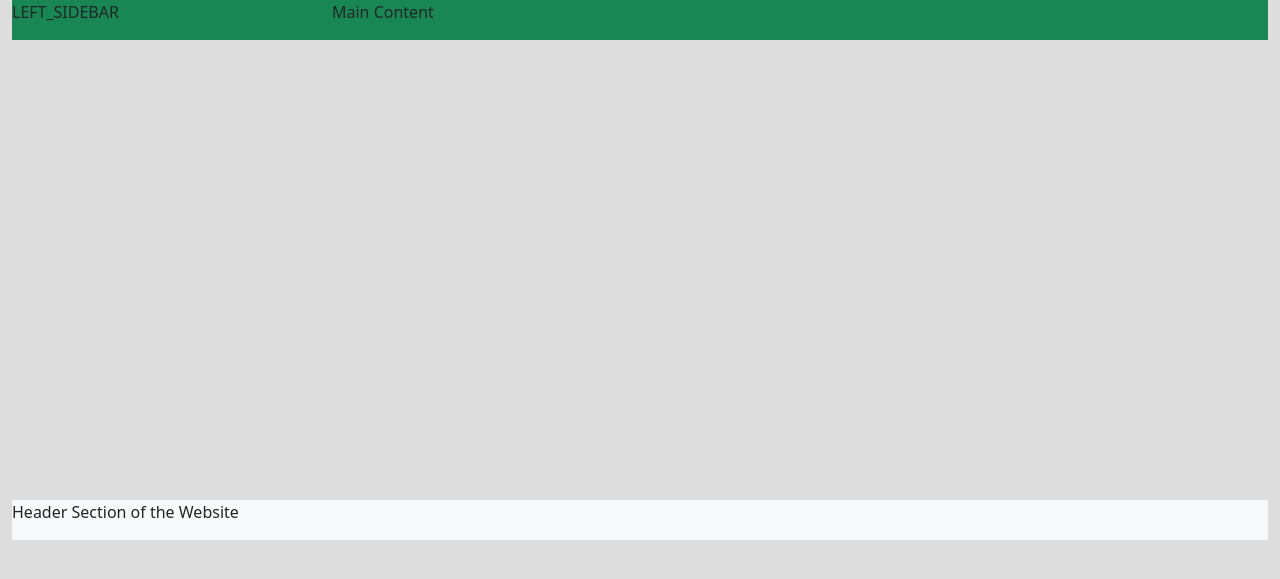
Repository: Dayvid0/BOOTSTRAP-TUTORIALS
Page: BOOTSTRAP-GRID-LAYOUTS/index.html
The author's editor kept a copy of each file at every save. The page is drawn from the files as they stood at one save, then again after the next save.
The browser window is 1280 px wide. The pictures show the whole page.

Above is the page before, as saved 2025-01-24 10:28:23.

### BOOTSTRAP-GRID-LAYOUTS/index.html
<!doctype html>
<html lang="en">
  <head>
    <!-- Required meta tags -->
    <meta charset="utf-8">
    <meta name="viewport" content="width=device-width, initial-scale=1">
    <!-- Bootstrap CSS -->
    <link href="https://cdn.jsdelivr.net/npm/bootstrap@5.0.2/dist/css/bootstrap.min.css" rel="stylesheet" integrity="sha384-EVSTQN3/azprG1Anm3QDgpJLIm9Nao0Yz1ztcQTwFspd3yD65VohhpuuCOmLASjC" crossorigin="anonymous">
    <link rel="stylesheet" href="./style.css">
    <title>Hello, world!</title>
  </head>
  <body>
  <div class="container-fluid">
    <div class="header bg-success"
      Header Section of Website
    </div>
    <div class="content">
      <div class="row">
        <div class="col-3 sidebar">
          LEFT_SIDEBAR
        </div>
        <div class="col-9 main-content">
          Main Content
      </div>
    </div>
  </div>
  <div class="footer bg-light">
    Header Section of the Website
  </div>
    <script src="https://cdn.jsdelivr.net/npm/bootstrap@5.0.2/dist/js/bootstrap.bundle.min.js" integrity="sha384-MrcW6ZMFYlzcLA8Nl+NtUVF0sA7MsXsP1UyJoMp4YLEuNSfAP+JcXn/tWtIaxVXM" crossorigin="anonymous"></script>
  </body>
</html>

### BOOTSTRAP-GRID-LAYOUTS/style.css
body {
  background-color: #ddd;
}
.header {
  height: 40px;
}
.content {
  min-height: 500px;
}
.footer {
  height: 40px;
}
.main-content {
  min-height: 500px;
}

After the next save:
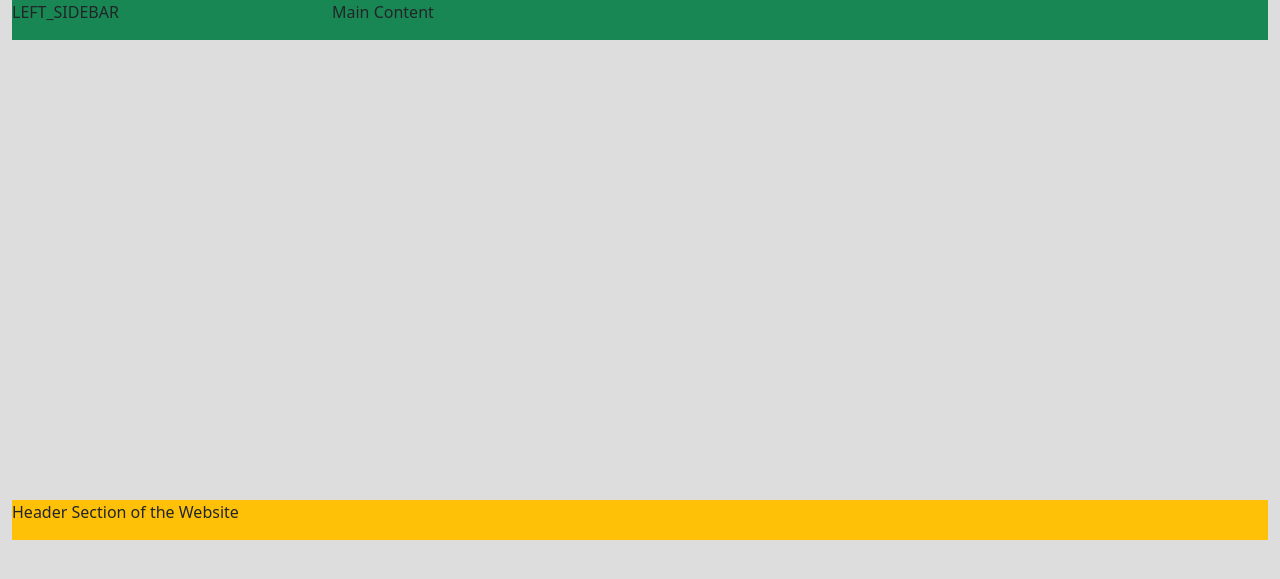
Saved 19 s later.
--- a/BOOTSTRAP-GRID-LAYOUTS/index.html
+++ b/BOOTSTRAP-GRID-LAYOUTS/index.html
@@ -24,7 +24,7 @@
       </div>
     </div>
   </div>
-  <div class="footer bg-light">
+  <div class="footer bg-warning">
     Header Section of the Website
   </div>
     <script src="https://cdn.jsdelivr.net/npm/bootstrap@5.0.2/dist/js/bootstrap.bundle.min.js" integrity="sha384-MrcW6ZMFYlzcLA8Nl+NtUVF0sA7MsXsP1UyJoMp4YLEuNSfAP+JcXn/tWtIaxVXM" crossorigin="anonymous"></script>
